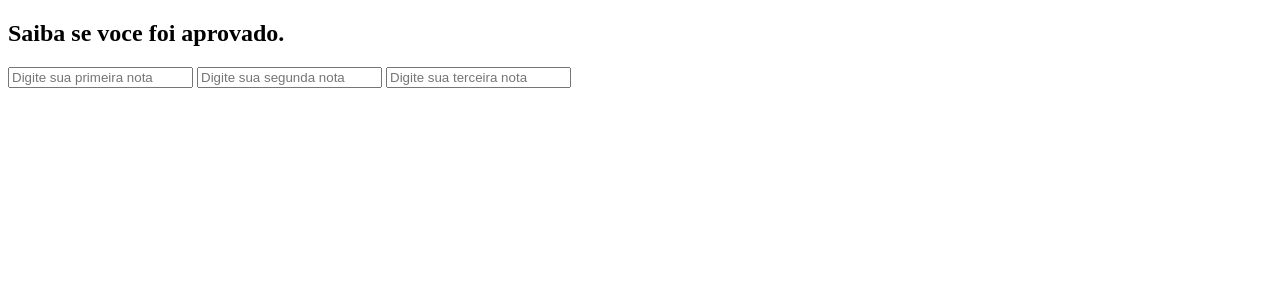
Repository: analessp/logica1
Page: index.html
These files come from the project's save history. The page is drawn as it stood at one moment and after the next save; the edit follows.
The browser window is 1280 px wide. The pictures show the whole page.

Above is the page before, as saved 2025-04-30 08:48:39.
Console error: SyntaxError: Illegal return statement

After the next save:
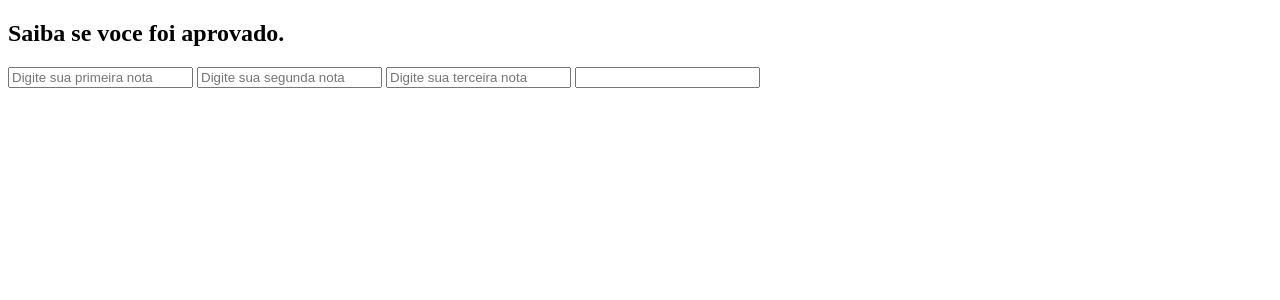
The error is gone.
Saved 6 s later.
--- a/index.html
+++ b/index.html
@@ -10,7 +10,7 @@
     <input type="text" id="nota 1" placeholder = "Digite sua primeira nota">
     <input type="text" id="nota 2" placeholder = "Digite sua segunda nota">
     <input type="text" id="nota 3" placeholder = "Digite sua terceira nota">
-
+    <input type=""
     <script src="app.js"></script>
 </body>
 </html>
